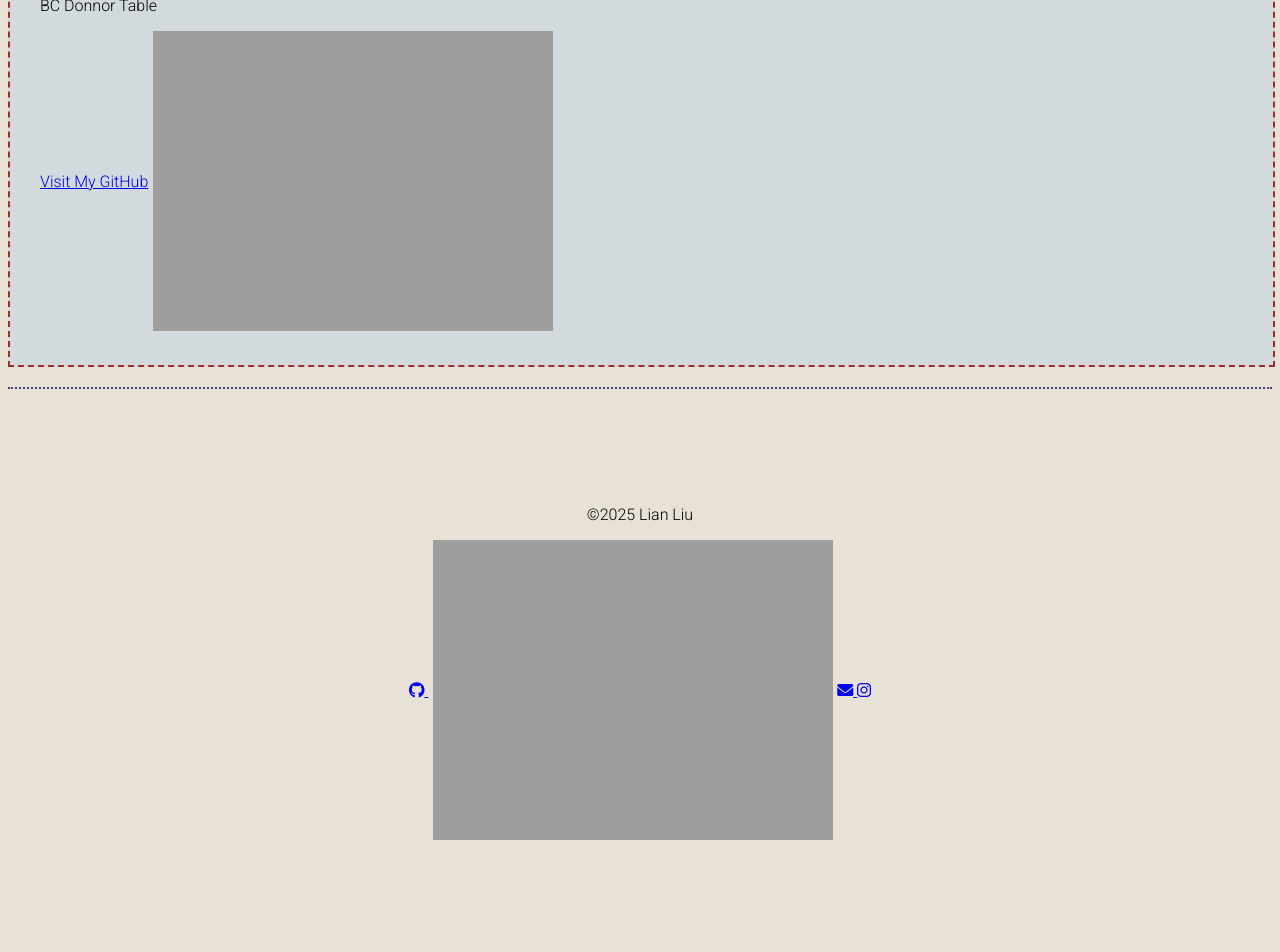
Repository: liulian26/CS5610
Page: assignment-1-liulian26/index.html
The author's editor kept a copy of each file at every save. The page is drawn from the files as they stood at one save, then again after the next save.
The browser window is 1280 px wide. The pictures show the part of the page from y = 922 to 1874 px (the page is 1874 px tall before and 1714 px after).
Pictures or frames that could not be fetched are drawn as grey boxes. A picture or video elsewhere on the page could not be fetched, so the positions and the page height are approximate.

Above is the page before, as saved 2025-02-01 01:01:37.

### assignment-1-liulian26/index.html
<!DOCTYPE html>
<html lang="en">
<head>
    <meta charset="UTF-8">
    <title>My Portfolio</title>
    <link rel="stylesheet" href="css/styles.css">
    <link rel="stylesheet" href="https://cdnjs.cloudflare.com/ajax/libs/font-awesome/6.0.0/css/all.min.css">
</head>
<body>
    <header>
        <h1>Mila(Lian) Liu</h1>
        <p id="role">Student</p>
        <figure>
            <img src="images/snow.jpg" alt="Me" class="center-image" />
            <figcaption>Me</figcaption>
          </figure>
        <nav>
            <ul>
                <li><a href="index.html">Home</a></li>
                <li><a href="pages/education.html">Education</a></li>
                <li><a href="pages/hobbies.html">Hobbies</a></li>
            </ul>
        </nav>
    </header>

    <main>
      <section id="about">
        <h2>About Me</h2>
        <p>Hello! My name is Lian Liu, also can call me Mila. </p>
        <p>I am currently studying at Northeastern University, majoring in computer science.</p>
        <p>Welcome to my personal website!</p>
    </section>

      <section id="projects">
        <h2>My Projects</h2>
        <p>Check out some of my recent projects below.</p>
            <p>BC Donnor Table </p>
            <a href="https://github.com/liulian26" target="_blank">Visit My GitHub</a>
        </section>
    </main>

    <footer>
        <p>&copy;2025 Lian Liu </p>
        <a href="https://github.com/liulian26" target="_blank">
            <i class="fab fa-github"></i>
        </a>
        <a href="mailto:liu.lian1@northeastern.edu">
            <i class="fas fa-envelope"></i>
        <a href="https://www.instagram.com/lian.liu26?igsh=dmFub2MxcnJlZHEz&utm_source=qr" target="_blank">
            <i class="fab fa-instagram"></i>
        </a>
    </footer>
  </body>
</html>

### assignment-1-liulian26/css/styles.css
@import url('https://fonts.googleapis.com/css2?family=Roboto:wght@300&display=swap');

header {
    text-align: center;
    border-bottom: 2px dotted darkslateblue;
    padding-bottom: 5px;

}

#role {
    font-weight: bold;
}

h1 {
    color: #1050aa;
    font-family: Georgia, 'Times New Roman', Times, serif;
    font-size: 2.2em;
}

nav ul {
    list-style-type: none;
    padding: 0;
    text-align: center;
}

nav ul li {
    display: inline;
    margin-right: 0 20px;
}

nav ul li a {
    text-decoration: none;
    color: #1050aa;
    font-weight: bold;
}

nav ul li a:hover {
    color: crimson;
}

main {
    width: 80%;
    margin: 20 auto;
}

section {
    border: 2px dashed brown;
    padding: 30px;
    margin-bottom: 30px;
    background-color: rgba(126, 191, 251, 0.2);
    width: 119%;
    margin: 20px auto;
}

body {
    background-color: rgb(231, 225, 214);
    font-family: 'Roboto', sans-serif;
}

h2::first-letter {
    font-size: 3rem;
}

.center-image {
    max-width: 26%;
    height: auto;
    display: block;
    margin: 10px auto;
}

.school-logo {
    max-width: 20%;
    height: auto;
    display: block;
    margin-top: auto;
}

figure {
    text-align: center;
}

figcaption {
    font-style: italic;
    color: goldenrod;
}

footer {
    text-align: center;
    padding: 100px;
    border-top: 2px dotted darkslateblue;


}

.projects {
    border: 2px dashed brown;
    margin: 10px 0;
}

a[href*="github"]:hover {
    color: crimson;
}

a[href*="github"]::after {
    content: url(../images/GitHub-Mark-32px.png);
    margin-left: 5px;
    vertical-align: middle;
}


header a:visited {
    color: rgb(237, 122, 127);
}

After the next save:
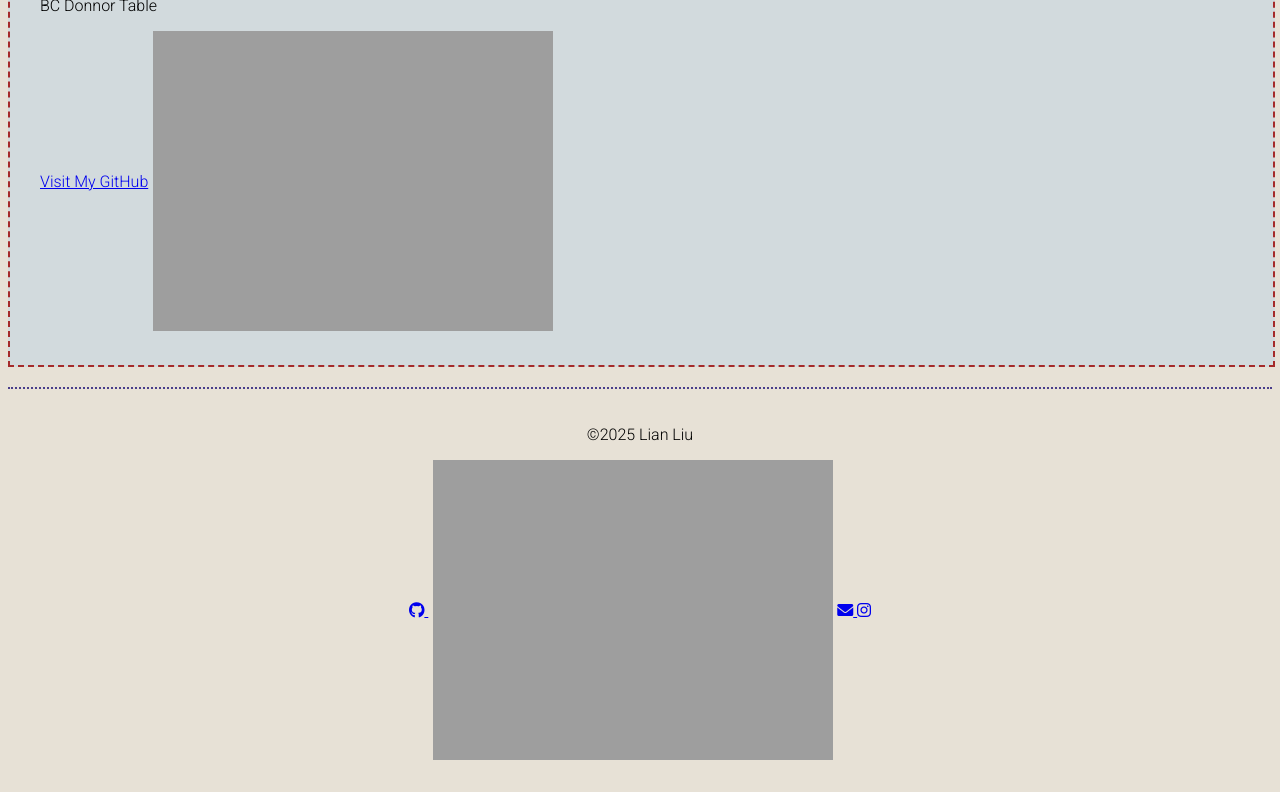
Saved 11 s later.
--- a/assignment-1-liulian26/css/styles.css
+++ b/assignment-1-liulian26/css/styles.css
@@ -86,7 +86,7 @@ figcaption {
 
 footer {
     text-align: center;
-    padding: 100px;
+    padding: 20px;
     border-top: 2px dotted darkslateblue;
 
 
